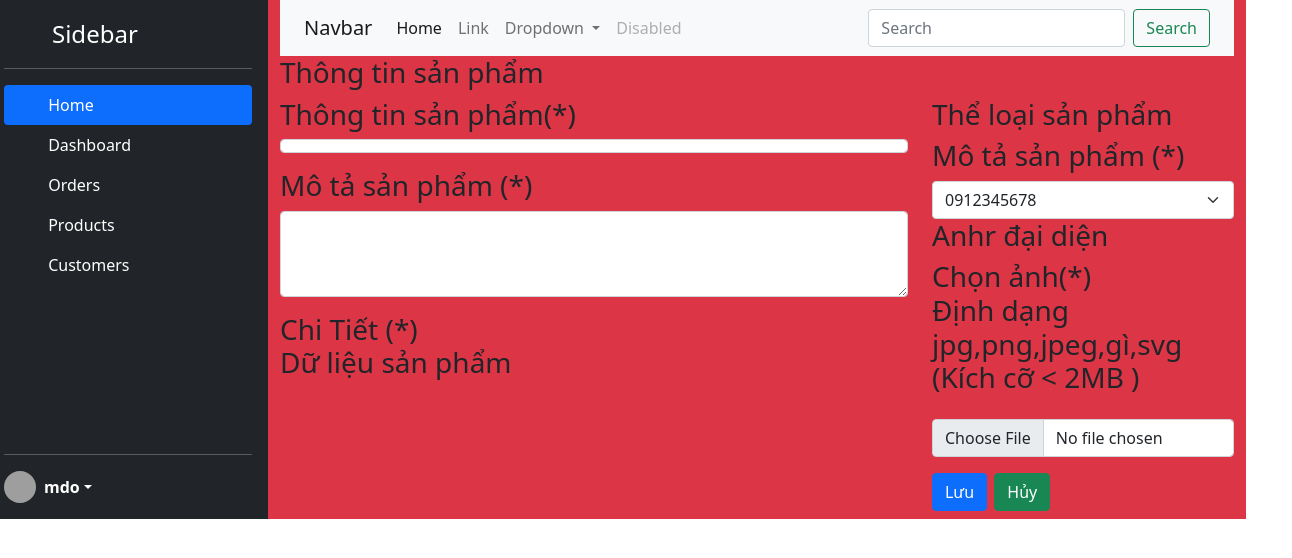
Repository: Lehuyhuynh/BT12-BOOTSTRAP
Page: index.html
An editor plug-in stored every save of this project. The page is shown before and after the next save, followed by the edit.
The browser window is 1280 px wide. The page is 1292 px wide, so the pictures cover 1292 px, including what lies to the right of the window. The pictures show the whole page.
Pictures or frames that could not be fetched are drawn as grey boxes.

Above is the page before, as saved 2023-08-19 22:47:32.

### index.html
<!DOCTYPE html>
<html lang="en">
<head>
  <link href="https://cdn.jsdelivr.net/npm/bootstrap@5.1.3/dist/css/bootstrap.min.css" rel="stylesheet" integrity="sha384-1BmE4kWBq78iYhFldvKuhfTAU6auU8tT94WrHftjDbrCEXSU1oBoqyl2QvZ6jIW3" crossorigin="anonymous">
  <meta charset="UTF-8">
  <meta name="viewport" content="width=device-width, initial-scale=1.0">
  <title>BT2</title>
</head>
<body>
  <div class="row">
    <div class=" col-3 d-flex flex-column flex-shrink-0 p-3 text-white bg-dark rounded-lg" style="width: 280px;">
      <a href="/" class="d-flex align-items-center mb-3 mb-md-0 me-md-auto text-white text-decoration-none">
        <svg class="bi me-2" width="40" height="32"><use xlink:href="#bootstrap"></use></svg>
        <span class="fs-4">Sidebar</span>
      </a>
      <hr>
      <ul class="nav nav-pills flex-column mb-auto">
        <li class="nav-item">
          <a href="#" class="nav-link active" aria-current="page">
            <svg class="bi me-2" width="16" height="16"><use xlink:href="#home"></use></svg>
            Home
          </a>
        </li>
        <li>
          <a href="#" class="nav-link text-white">
            <svg class="bi me-2" width="16" height="16"><use xlink:href="#speedometer2"></use></svg>
            Dashboard
          </a>
        </li>
        <li>
          <a href="#" class="nav-link text-white">
            <svg class="bi me-2" width="16" height="16"><use xlink:href="#table"></use></svg>
            Orders
          </a>
        </li>
        <li>
          <a href="#" class="nav-link text-white">
            <svg class="bi me-2" width="16" height="16"><use xlink:href="#grid"></use></svg>
            Products
          </a>
        </li>
        <li>
          <a href="#" class="nav-link text-white">
            <svg class="bi me-2" width="16" height="16"><use xlink:href="#people-circle"></use></svg>
            Customers
          </a>
        </li>
      </ul>
      <hr>
      <div class="dropdown">
        <a href="#" class="d-flex align-items-center text-white text-decoration-none dropdown-toggle" id="dropdownUser1" data-bs-toggle="dropdown" aria-expanded="false">
          <img src="https://github.com/mdo.png" alt="" width="32" height="32" class="rounded-circle me-2">
          <strong>mdo</strong>
        </a>
        <ul class="dropdown-menu dropdown-menu-dark text-small shadow" aria-labelledby="dropdownUser1" style="">
          <li><a class="dropdown-item" href="#">New project...</a></li>
          <li><a class="dropdown-item" href="#">Settings</a></li>
          <li><a class="dropdown-item" href="#">Profile</a></li>
          <li><hr class="dropdown-divider"></li>
          <li><a class="dropdown-item" href="#">Sign out</a></li>
        </ul>
      </div>
    </div>
    <div class="main-content bg-danger col-9" >
      <nav class="navbar navbar-expand-lg navbar-light bg-light">
        <div class="container-fluid">
          <a class="navbar-brand" href="#">Navbar</a>
          <button class="navbar-toggler" type="button" data-bs-toggle="collapse" data-bs-target="#navbarSupportedContent" aria-controls="navbarSupportedContent" aria-expanded="false" aria-label="Toggle navigation">
            <span class="navbar-toggler-icon"></span>
          </button>
          <div class="collapse navbar-collapse" id="navbarSupportedContent">
            <ul class="navbar-nav me-auto mb-2 mb-lg-0">
              <li class="nav-item">
                <a class="nav-link active" aria-current="page" href="#">Home</a>
              </li>
              <li class="nav-item">
                <a class="nav-link" href="#">Link</a>
              </li>
              <li class="nav-item dropdown">
                <a class="nav-link dropdown-toggle" href="#" id="navbarDropdown" role="button" data-bs-toggle="dropdown" aria-expanded="false">
                  Dropdown
                </a>
                <ul class="dropdown-menu" aria-labelledby="navbarDropdown">
                  <li><a class="dropdown-item" href="#">Action</a></li>
                  <li><a class="dropdown-item" href="#">Another action</a></li>
                  <li><hr class="dropdown-divider"></li>
                  <li><a class="dropdown-item" href="#">Something else here</a></li>
                </ul>
              </li>
              <li class="nav-item">
                <a class="nav-link disabled" href="#" tabindex="-1" aria-disabled="true">Disabled</a>
              </li>
            </ul>
            <form class="d-flex">
              <input class="form-control me-2" type="search" placeholder="Search" aria-label="Search">
              <button class="btn btn-outline-success" type="submit">Search</button>
            </form>
          </div>
        </div>
      </nav>
      <div class="row">

        <h3>Thông tin sản phẩm<h3>

          <div class="row">
            <div class="more col-8">

              <div class="product">

                <div class="mb-3">
                  <label for="information" class="form-label">Thông tin sản phẩm(*)</label>
                  <table class="form-control" id="information" name="information" rows="3"></table>
                </div>

                <div class="mb-3">
                  <label for="exampleFormControlTextarea1" class="form-label">Mô tả sản phẩm (*)</label>
                  <textarea class="form-control" id="exampleFormControlTextarea1" rows="3"></textarea>
                </div>

                <span>Chi Tiết (*) </span><br>

              </div>

              <div class="data">

                <h3>Dữ liệu sản phẩm</h3>


              </div>

            </div>

            <div class="category col-4">

              <div class="cate">

              <h3>Thể loại sản phẩm</h3>



                <label for="cate" class="form-label">Mô tả sản phẩm (*)</label>

                <select id="cate" class="form-select" aria-label="Default select example">

                  <option value="1">0912345678</option>
                  <option value="2">0123456789</option>
                  <option value="3">1234567890</option>
                </select>

              </div>

              <div class="img">

                <h3>Anhr đại diện</h3>
                <div class="mb-3">
                  <label for="formFile" class="form-label">Chọn ảnh(*)
                    <p>Định dạng jpg,png,jpeg,gì,svg (Kích cỡ < 2MB )    </p>
                  </label>
                  <input class="form-control" type="file" id="formFile">
                </div>
              </div>

              <button type="button" class="btn btn-primary">Lưu</button>
              <button type="button" class="btn btn-success">Hủy</button>
            </div>
          </div>






      </div>
    </div>


  </div>

  <script src="https://cdn.jsdelivr.net/npm/bootstrap@5.1.3/dist/js/bootstrap.bundle.min.js" integrity="sha384-ka7Sk0Gln4gmtz2MlQnikT1wXgYsOg+OMhuP+IlRH9sENBO0LRn5q+8nbTov4+1p" crossorigin="anonymous"></script>
</body>
</html>

After the next save:
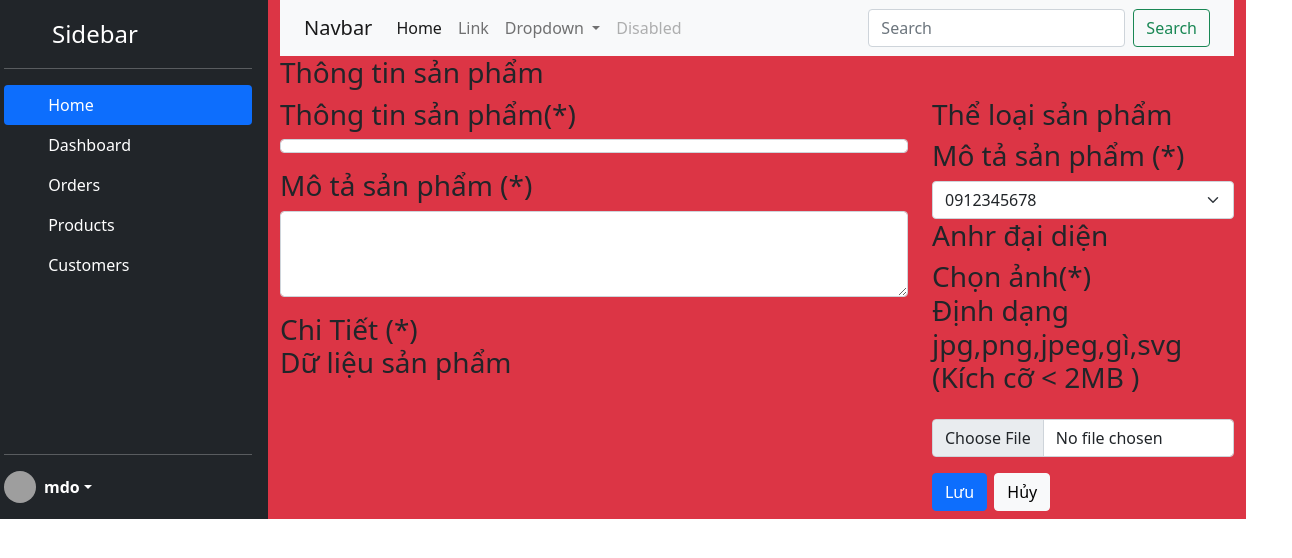
Saved 16 s later.
--- a/index.html
+++ b/index.html
@@ -161,7 +161,7 @@
               </div>
 
               <button type="button" class="btn btn-primary">Lưu</button>
-              <button type="button" class="btn btn-success">Hủy</button>
+              <button type="button" class="btn btn-light">Hủy</button>
             </div>
           </div>
 
